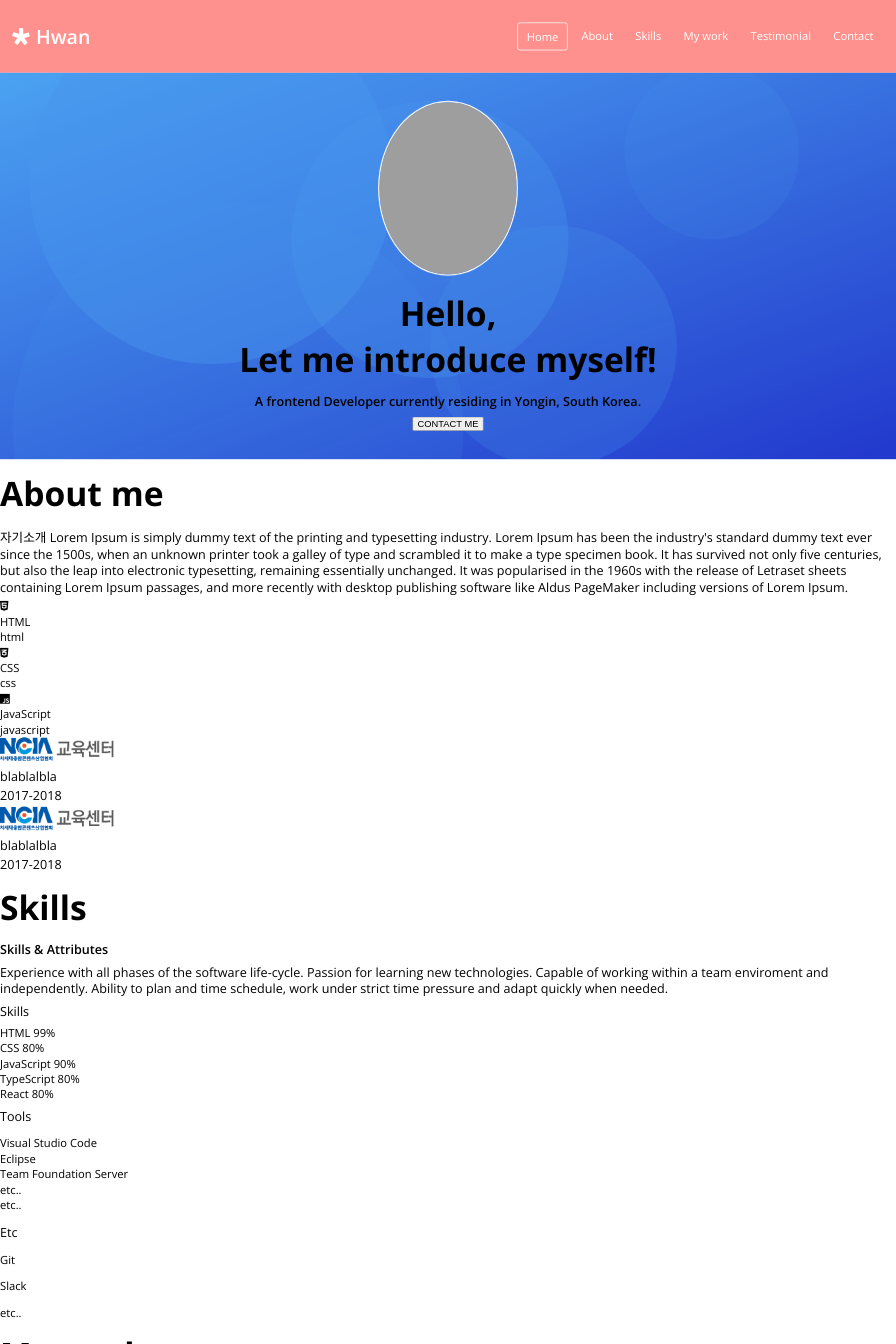
Repository: dhchun1203/Portfolio
Page: index.html
An editor plug-in stored every save of this project. The page is shown before and after the next save, followed by the edit.
The browser window is 1280 px wide. The pictures show the part of the page from y = 0 to 1920 px (the page is 5337 px tall), at 70% of full size.
Pictures or frames that could not be fetched are drawn as grey boxes. Some web libraries are served in a nearby version.

Above is the page before, as saved 2020-12-07 18:36:43.

### index.html
<!DOCTYPE html>
<html lang="en">
	<head>
		<meta charset="UTF-8" />
		<meta name="viewport" content="width=device-width, initial-scale=1.0" />
		<title>Hwan's Portfolio</title>
		<meta
			name="description"
			content="portfolio for world-renowned software engineer Hwan"
		/>
		<meta name="author" content="Hwan" />
		<link rel="icon" type="image/png" href="imgs/favicon.png" />
		<script
			src="https://kit.fontawesome.com/8b98a99811.js"
			crossorigin="anonymous"
		></script>
		<link rel="preconnect" href="https://fonts.gstatic.com" />
		<link
			href="https://fonts.googleapis.com/css2?family=Open+Sans:wght@400;600;700&display=swap"
			rel="stylesheet"
		/>
		<link rel="stylesheet" href="style.css" />
		<script src="main.js" defer></script>
	</head>
	<body>
		<!-- Navbar -->
		<nav id="navbar">
			<div class="navbar__logo">
				<i class="fab fa-diaspora"></i>
				<a href="#">Hwan</a>
			</div>
			<div class="navbar__menu">
				<ul class="navbar__menu">
					<li class="navbar__menu__item active">Home</li>
					<li class="navbar__menu__item">About</li>
					<li class="navbar__menu__item">Skills</li>
					<li class="navbar__menu__item">My work</li>
					<li class="navbar__menu__item">Testimonial</li>
					<li class="navbar__menu__item">Contact</li>
				</ul>
			</div>
		</nav>
		<!-- Home -->
		<section id="home">
			<img class="home__avatar" src="imgs/profile.jpg" alt="profile" />

			<h1 class="home__title">Hello, <br />Let me introduce myself!</h1>

			<h2 class="home__description">
				A frontend Developer currently residing in Yongin, South Korea.
			</h2>
			<button class="home__contact">CONTACT ME</button>
		</section>
		<!-- About -->
		<!-- modify BEM naming and add images, icons -->
		<section id="about">
			<h1>About me</h1>
			<p>
				자기소개 Lorem Ipsum is simply dummy text of the printing and
				typesetting industry. Lorem Ipsum has been the industry's standard dummy
				text ever since the 1500s, when an unknown printer took a galley of type
				and scrambled it to make a type specimen book. It has survived not only
				five centuries, but also the leap into electronic typesetting, remaining
				essentially unchanged. It was popularised in the 1960s with the release
				of Letraset sheets containing Lorem Ipsum passages, and more recently
				with desktop publishing software like Aldus PageMaker including versions
				of Lorem Ipsum.
			</p>
			<div class="about__majors">
				<div class="major">
					<div class="major__icon"><i class="fab fa-html5"></i></div>
					<div class="major__title">HTML</div>
					<div class="major__description">html</div>
				</div>
				<div class="major">
					<div class="major__icon"><i class="fab fa-css3-alt"></i></div>
					<div class="major__title">CSS</div>
					<div class="major__description">css</div>
				</div>
				<div class="major">
					<div class="major__icon"><i class="fab fa-js"></i></div>
					<div class="major__title">JavaScript</div>
					<div class="major__description">javascript</div>
				</div>
			</div>
			<!-- <div class="about__spec">
				<div class="about__spec__item">
					<img src="" alt="HtmlImage" />
					<h3>HTML</h3>
					<p>html</p>
				</div>
				<div class="about__spec__item">
					<img src="" alt="CssImage" />
					<h3>CSS</h3>
					<p>css</p>
				</div>
				<div class="about__spec__item">
					<img src="" alt="JavaScriptImage" />
					<h3>JavaScript</h3>
					<p>javascript</p>
				</div>
			</div> -->
			<div class="about__jobs">
				<div class="job">
					<img
						src="imgs/jobs/nciaedu_logo.png"
						alt="ncia logo"
						class="job__logo"
					/>
					<p class="job__name">blablalbla</p>
					<p class="job__period">2017-2018</p>
				</div>
				<div class="job">
					<img
						src="imgs/jobs/nciaedu_logo.png"
						alt="ncia logo"
						class="job__logo"
					/>
					<p class="job__name">blablalbla</p>
					<p class="job__period">2017-2018</p>
				</div>
			</div>
			<!-- <div class="career">
				<div class="career__item">
					<img class="career__image" src="" alt="career image" />
					<p>what's my career</p>
				</div>
				<div class="career__item">
					<img class="career__image" src="" alt="career image" />
					<p>what's my career</p>
				</div>
			</div> -->
		</section>
		<!-- Skills -->
		<!-- modify BEM naming and change some tags more approriately -->
		<!-- <section id="skills">
			<h2 class="skills__title">Skills</h2>
			<h3 class="skills__subTitle">Skills & Attributes</h3>
			<p class="skills__description">
				Experience with all phases of the software life-cycle. Passion for
				learning new technologies. Capable of working within a team enviroment
				and independently. Ability to plan and time schedule, work under strict
				time pressure and adapt quickly when needed.
			</p>
			<div class="skills__summary">
				<div class="skills__summary__box">
					<h4 class="skills__summary__title">Skills</h4>
					<div class="skills__summary__content">
						<div class="skills__summary__skill">
							<div class="skill__header">
								<h5>HTML</h5>
								<h5>percentage</h5>
							</div>
							<div class="skill__percentageBar"></div>
						</div>
						<div class="skills__summary__skill">
							<div class="skill__header">
								<h5>CSS</h5>
								<h5>percentage</h5>
							</div>
							<div class="skill__percentageBar"></div>
						</div>
						<div class="skills__summary__skill">
							<div class="skill__header">
								<h5>JAVASCRIPT</h5>
								<h5>percentage</h5>
							</div>
							<div class="skill__percentageBar"></div>
						</div>
						<div class="skills__summary__skill">
							<div class="skill__header">
								<h5>TYPESCRIPT</h5>
								<h5>percentage</h5>
							</div>
							<div class="skill__percentageBar"></div>
						</div>
						<div class="skills__summary__skill">
							<div class="skill__header">
								<h5>REACT</h5>
								<h5>percentage</h5>
							</div>
							<div class="skill__percentageBar"></div>
						</div>
						<div class="skills__summary__skill">
							<div class="skill__header">
								<h5>NODEJS</h5>
								<h5>percentage</h5>
							</div>
							<div class="skill__percentageBar"></div>
						</div>
					</div>
				</div>
				<div class="skills__summary__secondBox">
					<div class="skills__summary__box">
						<h4 class="skills__summary__title">Tools</h4>
						<ul class="skills__summary__content">
							<li><h5>Visual Studio</h5></li>
							<li><h5>Eclipse</h5></li>
							<li><h5>Team Foundation Server</h5></li>
							<li><h5>etc..</h5></li>
							<li><h5>etc..</h5></li>
						</ul>
					</div>
					<div class="skills__summary__box">
						<h4 class="skills__summary__title">Etc</h4>
						<h5>Git</h5>
					</div>
				</div>
			</div>
		</section> -->
		<section id="skills">
			<h1>Skills</h1>
			<h2>Skills & Attributes</h2>
			<p>
				Experience with all phases of the software life-cycle. Passion for
				learning new technologies. Capable of working within a team enviroment
				and independently. Ability to plan and time schedule, work under strict
				time pressure and adapt quickly when needed.
			</p>
			<div class="skillset">
				<div class="skillset__left">
					<h3 class="skillset__title">Skills</h3>
					<div class="skill">
						<div class="skill_description">
							<span>HTML</span>
							<span>99%</span>
						</div>
						<div class="skill__bar">
							<div class="skill__value"></div>
						</div>
					</div>
					<div class="skill">
						<div class="skill_description">
							<span>CSS</span>
							<span>80%</span>
						</div>
						<div class="skill__bar">
							<div class="skill__value"></div>
						</div>
					</div>
					<div class="skill">
						<div class="skill_description">
							<span>JavaScript</span>
							<span>90%</span>
						</div>
						<div class="skill__bar">
							<div class="skill__value"></div>
						</div>
					</div>
					<div class="skill">
						<div class="skill_description">
							<span>TypeScript</span>
							<span>80%</span>
						</div>
						<div class="skill__bar">
							<div class="skill__value"></div>
						</div>
					</div>
					<div class="skill">
						<div class="skill_description">
							<span>React</span>
							<span>80%</span>
						</div>
						<div class="skill__bar">
							<div class="skill__value"></div>
						</div>
					</div>
				</div>
				<div class="skillset__right">
					<h3 class="skillset__title">Tools</h3>
					<ul class="tools__list">
						<li><span>Visual Studio Code</span></li>
						<li><span>Eclipse</span></li>
						<li><span>Team Foundation Server</span></li>
						<li><span>etc..</span></li>
						<li><span>etc..</span></li>
					</ul>
					<h3 class="skillset__title">Etc</h3>
					<ul class="etc__list">
						<li><span>Git</span></li>
					</ul>
					<ul class="etc__list">
						<li><span>Slack</span></li>
					</ul>
					<ul class="etc__list">
						<li><span>etc..</span></li>
					</ul>
				</div>
			</div>
		</section>
		<!-- My work -->
		<!-- modify BEM naming and add projects images and add work__projects div-->
		<!-- <section id="myWork">

			<h2 class="myWork__title">My work</h2>
			<h3 class="myWork__subTitle">Projects</h3>
			<div class="myWork__menu">
				<button class="myWork__menu__btn">All</button>
				<button class="myWork__menu__btn">Front-end</button>
				<button class="myWork__menu__btn">Back-end</button>
				<button class="myWork__menu__btn">Mobile</button>
			</div>
			<div class="myWork__displayItems"></div>
		</section> -->
		<section id="work">
			<h1>My work</h1>
			<h3>Projects</h3>
			<div class="work__categories">
				<button class="category__btn">
					All<span class="category__count">8</span>
				</button>
				<button class="category__btn">
					Front-end<span class="category__count">3</span>
				</button>
				<button class="category__btn">
					Back-end<span class="category__count">3</span>
				</button>
				<button class="category__btn">
					Mobile<span class="category__count">2</span>
				</button>
			</div>

			<div class="work__projects">
				<a
					href="https://github.com/dhchun1203/DreamCoding_youtube-project"
					class="project"
					target="blank"
				></a>
				<img
					src="imgs/projects/project1.png"
					alt="youtube project thumbnail"
					class="project__img"
				/>
				<div class="project__description">
					<!--마우스를 올렸을 때 표시될 내용-->
					<h3>Youtube Site</h3>
					<span>Clone coding with HTML and CSS</span>
				</div>
				<a
					href="https://github.com/dhchun1203/DreamCoding_youtube-project"
					class="project"
					target="blank"
				></a>
				<img
					src="imgs/projects/project2.png"
					alt="youtube project thumbnail"
					class="project__img"
				/>
				<div class="project__description">
					<h3>Youtube Site</h3>
					<span>Clone coding with HTML and CSS</span>
				</div>
				<a
					href="https://github.com/dhchun1203/DreamCoding_youtube-project"
					class="project"
					target="blank"
				></a>
				<img
					src="imgs/projects/project3.png"
					alt="youtube project thumbnail"
					class="project__img"
				/>
				<div class="project__description">
					<h3>Youtube Site</h3>
					<span>Clone coding with HTML and CSS</span>
				</div>
				<a
					href="https://github.com/dhchun1203/DreamCoding_youtube-project"
					class="project"
					target="blank"
				></a>
				<img
					src="imgs/projects/project4.png"
					alt="youtube project thumbnail"
					class="project__img"
				/>
				<div class="project__description">
					<h3>Youtube Site</h3>
					<span>Clone coding with HTML and CSS</span>
				</div>
				<a
					href="https://github.com/dhchun1203/DreamCoding_youtube-project"
					class="project"
					target="blank"
				></a>
				<img
					src="imgs/projects/project5.png"
					alt="youtube project thumbnail"
					class="project__img"
				/>
				<div class="project__description">
					<h3>Youtube Site</h3>
					<span>Clone coding with HTML and CSS</span>
				</div>
				<a
					href="https://github.com/dhchun1203/DreamCoding_youtube-project"
					class="project"
					target="blank"
				></a>
				<img
					src="imgs/projects/project6.png"
					alt="youtube project thumbnail"
					class="project__img"
				/>
				<div class="project__description">
					<h3>Youtube Site</h3>
					<span>Clone coding with HTML and CSS</span>
				</div>
				<a
					href="https://github.com/dhchun1203/DreamCoding_youtube-project"
					class="project"
					target="blank"
				></a>
				<img
					src="imgs/projects/project7.png"
					alt="youtube project thumbnail"
					class="project__img"
				/>
				<div class="project__description">
					<h3>Youtube Site</h3>
					<span>Clone coding with HTML and CSS</span>
				</div>
				<a
					href="https://github.com/dhchun1203/DreamCoding_youtube-project"
					class="project"
					target="blank"
				></a>
				<img
					src="imgs/projects/project8.png"
					alt="youtube project thumbnail"
					class="project__img"
				/>
				<div class="project__description">
					<h3>Youtube Site</h3>
					<span>Clone coding with HTML and CSS</span>
				</div>
			</div>
		</section>
		<!-- Testimonial -->
		<!-- modify BEM naming and add testimonial images -->
		<!-- <section id="testimonial">
			<h2 class="testimonial__title">Testimonials</h2>
			<h3 class="testimonial__subTitle">See what they say about me</h3>
			<div class="testimonial__content">
				<div class="testimonial__content__item">
					<img src="" alt="profile image" class="testimonial__avatar" />
					<div class="testimonial__mention">
						<p>
							Lorem Ipsum is simply dummy text of the printing and typesetting
							industry. Lorem Ipsum has been the industry's standard dummy text
							ever since the 1500s, when an unknown printer took a galley of
							type and scrambled it to make a type specimen book. It has
							survived not only five centuries, but also the leap into
							electronic typesetting, remaining essentially unchanged.
						</p>
						<p><strong>Hwan</strong> / TigerSpike</p>
					</div>
				</div>
				<div class="testimonial__content__item">
					<img src="" alt="profile image" class="testimonial__avatar" />
					<div class="testimonial__mention">
						<p>
							Lorem Ipsum is simply dummy text of the printing and typesetting
							industry. Lorem Ipsum has been the industry's standard dummy text
							ever since the 1500s, when an unknown printer took a galley of
							type and scrambled it to make a type specimen book. It has
							survived not only five centuries, but also the leap into
							electronic typesetting, remaining essentially unchanged.
						</p>
						<p><strong>Hwan</strong> / TigerSpike</p>
					</div>
				</div>
			</div>
		</section> -->
		<section id="testimonial">
			<h1>Testimonials</h1>
			<h3>See what they say about me</h3>
			<div class="testimonials">
				<div class="testimonial">
					<img
						src="imgs/testimonial/people1.jpg"
						alt="People"
						class="testimonial__avatar"
					/>
					<div class="testimonial__speech-bubble">
						<p>
							Lorem Ipsum has been the industry's standard dummy text ever since
							the 1500s, when an unknown printer took a galley of type and
							scrambled it to make a type specimen book. It has survived not
							only five centuries, but also the leap into electronic
							typesetting, remaining essentially unchanged.
						</p>
						<p class="name"><a href="">Sung jin</a> / Samsung</p>
					</div>
				</div>
				<div class="testimonial">
					<img
						src="imgs/testimonial/people1.jpg"
						alt="People"
						class="testimonial__avatar"
					/>
					<div class="testimonial__speech-bubble">
						<p>
							Lorem Ipsum has been the industry's standard dummy text ever since
							the 1500s, when an unknown printer took a galley of type and
							scrambled it to make a type specimen book. It has survived not
							only five centuries, but also the leap into electronic
							typesetting, remaining essentially unchanged.
						</p>
						<p class="name"><a href="">Sung jin</a> / Samsung</p>
					</div>
				</div>
			</div>
		</section>
		<!-- Contact -->
		<!-- modify BEM naming and add .contact__links -->
		<!-- <footer id="contact">
			<h2 class="contact__title">Let's talk</h2>
			<h3 class="contact__email">dhchun1203@gmail.com</h3>
			<div class="contact__socialMediaIcon">
				<i class=""></i>
				<i class=""></i>
			</div>
			<p class="contact__copyRight">
				2020 Dream Coding Hwan - All right reserved
			</p>
		</footer> -->
		<section id="contact">
			<h1 class="contact__title">Let's talk</h1>
			<h2 class="contact__email">dhchun1203@gmil.com</h2>
			<div class="contact__links">
				<a href="https://github.com/dhchun1203">
					<i class="fab fa-github"></i>
				</a>
				<a href="https://www.facebook.com/profile.php?id=100010406657545">
					<i class="fab fa-facebook"></i>
				</a>
			</div>
			<p class="contact__rights">
				2020 Dream Coding Hwan - All rights reserved
			</p>
		</section>
	</body>
</html>

### style.css
/* Global */
:root {
	/* Color */
	--color-white: #ffffff;
	--color-light-white: #eeeeee;
	--color-dark-white: #bdbdbd;
	--color-pink: #fe918d;
	--color-dark-pink: #ff6863;
	--color-dark-grey: #4d4d4d;
	--color-grey: #616161;
	--color-light-grey: #7c7979;
	--color-blue: #73aace;
	--color-yellow: #fff7d1;
	--color-orange: #feb546;
	--color-black: #000000;
	/* Font size */
	--font-large: 48px;
	--font-medium: 28px;
	--font-regular: 18px;
	--font-small: 16px;
	--font-micro: 14px;
	/* Font weight */
	--weight-bold: 700;
	--weight-semi-bold: 600;
	--weight-regular: 400;
	/* Size */
	--size-border-radius: 4px;
}

/* Universal tags */
* {
	box-sizing: border-box;
}

body {
	margin: 0;
	font-family: "Open Sans", sans-serif;
	cursor: default;
}

a {
	text-decoration: none;
	color: var(--color-white);
}

ul {
	list-style: none;
	padding-left: 0;
}
/* Typography(header) */
h1 {
	font-size: var(--font-large);
	font-weight: var(--weight-bold);
	color: var(--color-black);
	margin: 16px 0;
}

h2 {
	font-size: var(--font-regular);
	font-weight: var(--weight-semi-bold);
	color: var(--color-black);
	margin: 8px 0;
}

h3 {
	font-size: var(--font-regular);
	font-weight: var(--font-regular);
	color: var(--color-black);
	margin: 8px 0;
}

p {
	font-size: var(--font-regular);
	font-weight: var(--font-regular);
	color: var(--color-black);
	margin: 4px 0;
}
/* Navbar */
#navbar {
	display: flex;
	justify-content: space-between;
	align-items: center;
	background-color: var(--color-pink);
	color: var(--color-white);
	padding: 16px;
}
.navbar__menu {
	display: flex;
}
.navbar__logo {
	font-size: var(--font-medium);
	font-weight: var(--weight-semi-bold);
}
.navbar__menu__item {
	padding: 8px 12px;
	margin: 0 4px;
	cursor: pointer;
	border-radius: var(--size-border-radius);
}
.navbar__menu__item.active {
	border: 1px solid var(--color-white);
	border-radius: var(--size-border-radius);
}
.navbar__menu__item:hover {
	background-color: var(--color-dark-pink);
}
/* Home */
#home {
	background: url("imgs/home-background.png.png") center/cover no-repeat;
	padding: 40px;
	text-align: center;
}
.home__avatar {
	width: 200px;
	height: 250px;
	border-radius: 50%;
	border: 2px solid var(--color-light-white);
}

.home__title,
.home__description {
}

Loaded but not shown: main.js (no copy from this time; the picture is the same without it)

After the next save:
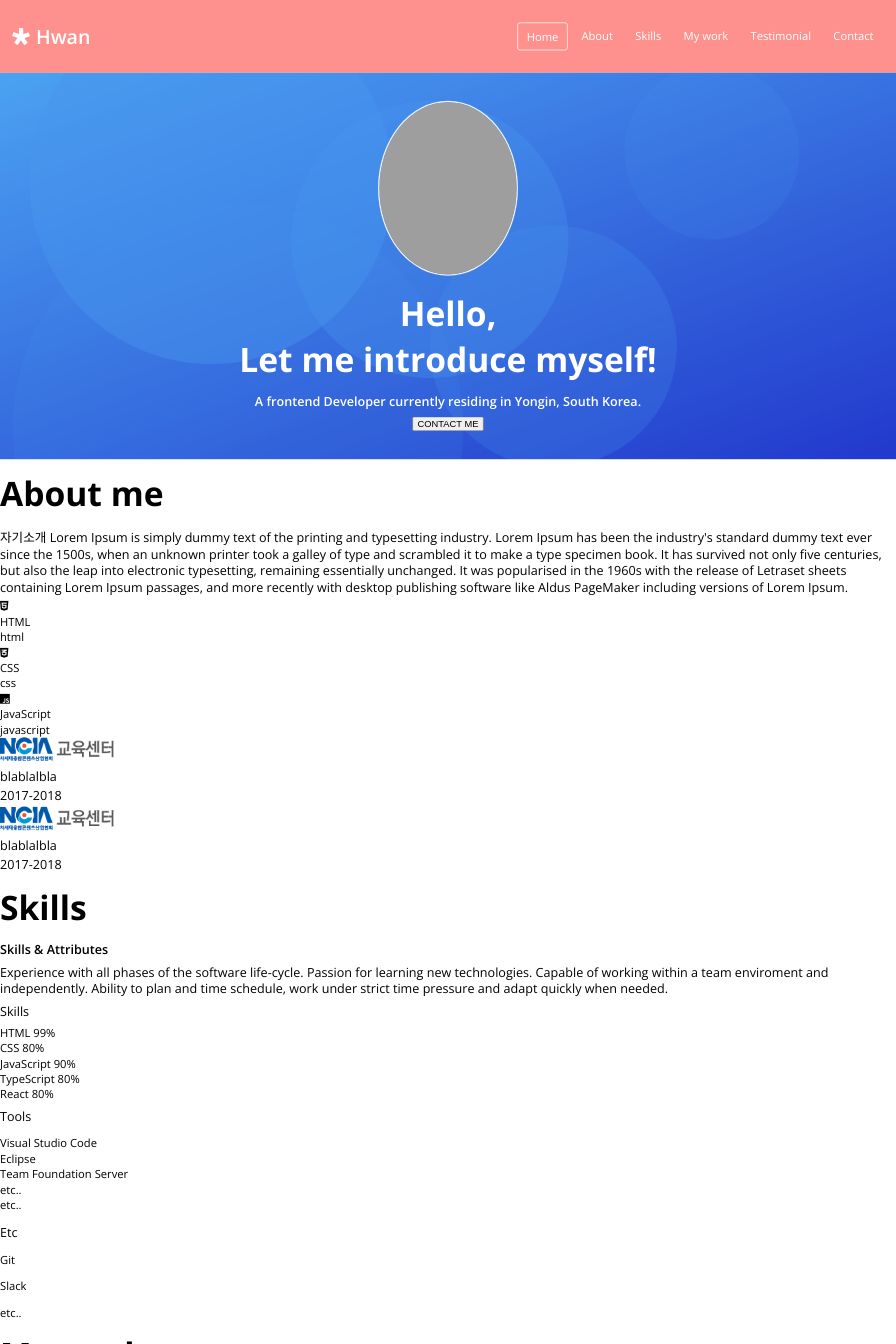
Saved 15 s later.
--- a/style.css
+++ b/style.css
@@ -119,4 +119,5 @@ p {
 
 .home__title,
 .home__description {
+	color: var(--color-white);
 }
